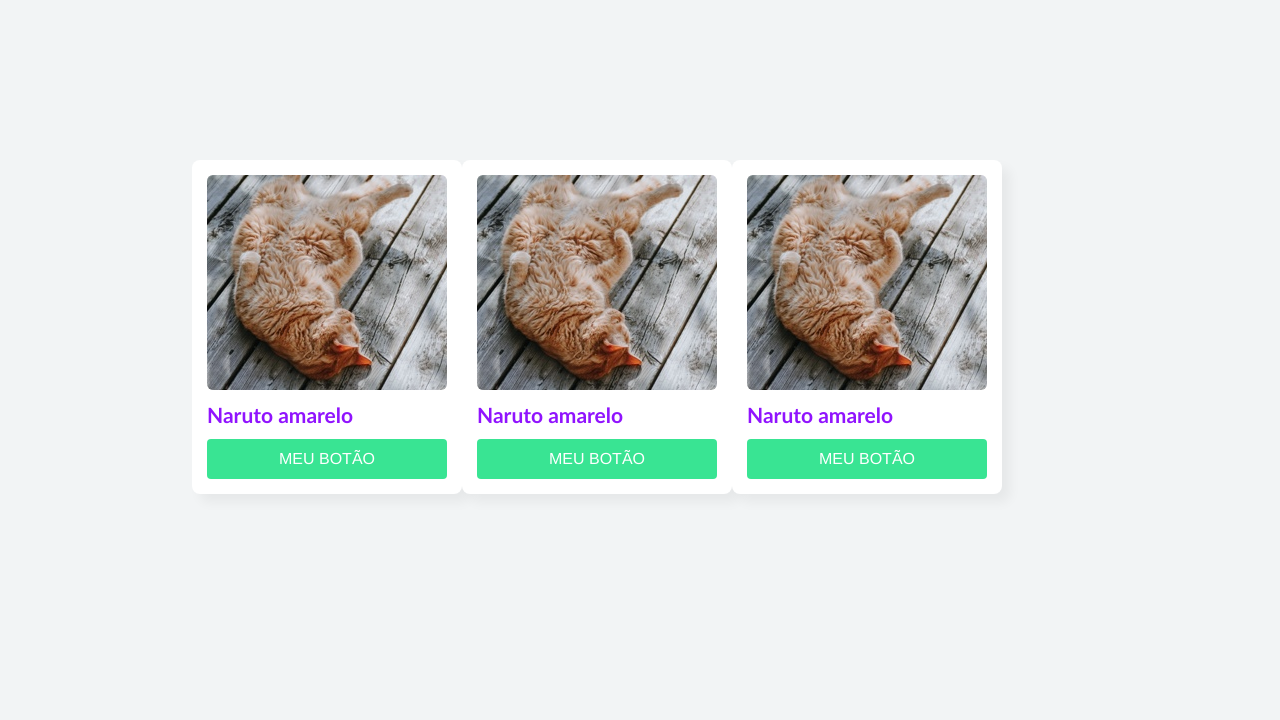
Repository: alessandradiamantino/Curso-Front-End-Design
Page: 1 - Introdução ao HTML e CSS/2 - Exercício CSS/01/codesignerspro-arquivos-exercicio-css-02/codesignerspro-arquivos-exercicio-css-02/index.html
These files come from the project's save history. The page is drawn as it stood at one moment and after a run of saves; the edit follows.
The browser window is 1280 px wide. The pictures show the whole page.

Above is the page before, as saved 2023-04-22 09:48:53.

### 1 - Introdução ao HTML e CSS/2 - Exercício CSS/01/codesignerspro-arquivos-exercicio-css-02/codesignerspro-arquivos-exercicio-css-02/index.html
<!DOCTYPE html>
<html lang="pt-br">

<head>
  <meta charset="UTF-8">
  <meta name="viewport" content="width=device-width, initial-scale=1.0">
  <meta http-equiv="X-UA-Compatible" content="ie=edge">
  <title>Exercício CSS 02</title>
  <link rel="stylesheet" type="text/css" href="css/style.css" />
</head>

<body>
  <main>
  <div class="card-container">
    <div class="card">
      <img src="images/gato-01.jpg"
        alt="gato deitado"
        title="gatinho"
        class="card-image"
      />
      <div class="card-body">
        <h1>Naruto amarelo</h1>
    </div>
    <div class="card-footer">
     <a href="https://web.whatsapp.com/" class="btn">Meu Botão</a>
    </div>
  </div>
</div>

<div class="card-container">
  <div class="card">
    <img src="images/gato-01.jpg"
      alt="gato deitado"
      title="gatinho"
      class="card-image"
    />
    <div class="card-body">
      <h1>Naruto amarelo</h1>
  </div>
  <div class="card-footer">
   <a href="https://web.whatsapp.com/" class="btn">Meu Botão</a>
  </div>
</div>
</div>

<div class="card-container">
  <div class="card">
    <img src="images/gato-01.jpg"
      alt="gato deitado"
      title="gatinho"
      class="card-image"
    />
    <div class="card-body">
      <h1>Naruto amarelo</h1>
  </div>
  <div class="card-footer">
   <a href="https://web.whatsapp.com/" class="btn">Meu Botão</a>
  </div>
</div>
</div>
  </main>
</body>

</html>

### 1 - Introdução ao HTML e CSS/2 - Exercício CSS/01/codesignerspro-arquivos-exercicio-css-02/codesignerspro-arquivos-exercicio-css-02/css/style.css
body{
  background-color: #f2f4f5;
  margin: 0;
}
main {
  width: 70%;
  display: table;
  margin: 100px auto 0 auto;
}
.card-container {
  width: 270px;
  display: table;
  float: left;
  margin-top: 60px;
  margin-bottom: 30px;
}

.card {
  width: 100%;
  display: table;
  background-color: #fff;
  border-radius: 8px;
  box-shadow: 8px 8px 12px rgba(0, 0, 0, 0.05);
  padding: 15px;
  box-sizing: border-box;
}

.card .card-image {
  width: 100%;
  max-width: 100%;
  height: auto;
  border-radius: 6px;
  display: block;
}

.card .card-body {
  width: 100%;
  display: table;
  margin-top: 13px;
}

.card .card-body h1 {
  font-family:'Gill Sans', 'Gill Sans MT', Calibri, 'Trebuchet MS', sans-serif;
  font-size: 21px;
  font-weight: 800;
  line-height: 24px;
  color: #9013fe;
  margin: 0;
}

.card .card-footer {
  width: 100%;
  display: table;
}

.card .card-footer .btn {
  width: 100%;
}
/* botões */

.btn {
  width: auto;
  height: 40px;
  display: inline-block;
  background-color: #39e493;
  color: #fff;
  font-family:'Franklin Gothic Medium', 'Arial Narrow', Arial, sans-serif;
  font-size: 16px;
  text-transform: uppercase;
  line-height: 40px;
  text-decoration: none;
  text-align: center;
  border-radius: 2px;
  margin-top: 12px;
  padding: 0 30px;
  border-radius: 4px;
  box-sizing: border-box;
}

After the next 2 saves:
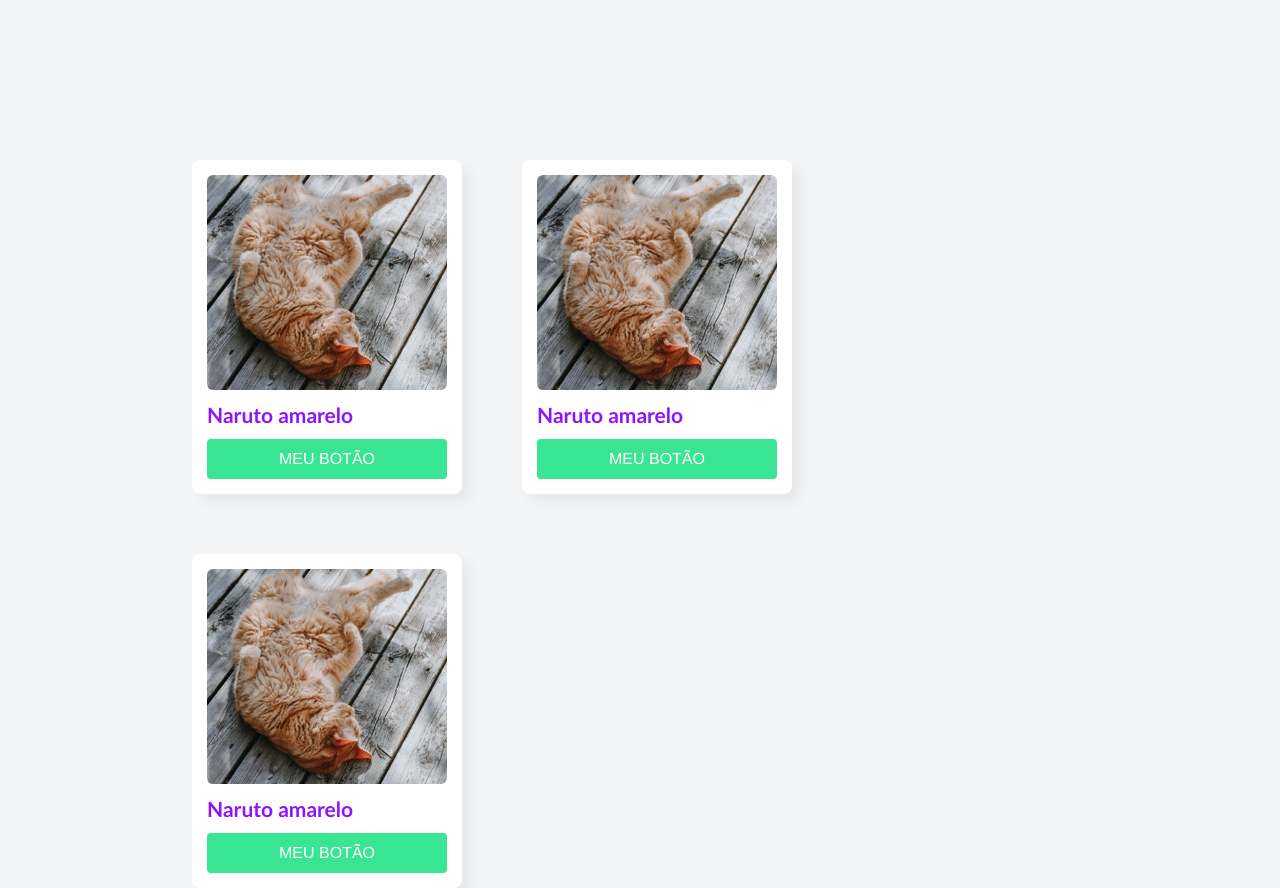
The 2 saves are shown as one change because they came seconds apart.
The last was saved 7 s later.
--- a/1 - Introdução ao HTML e CSS/2 - Exercício CSS/01/codesignerspro-arquivos-exercicio-css-02/codesignerspro-arquivos-exercicio-css-02/css/style.css
+++ b/1 - Introdução ao HTML e CSS/2 - Exercício CSS/01/codesignerspro-arquivos-exercicio-css-02/codesignerspro-arquivos-exercicio-css-02/css/style.css
@@ -12,7 +12,7 @@ main {
   display: table;
   float: left;
   margin-top: 60px;
-  margin-bottom: 30px;
+  margin-right: 60px;
 }
 
 .card {
